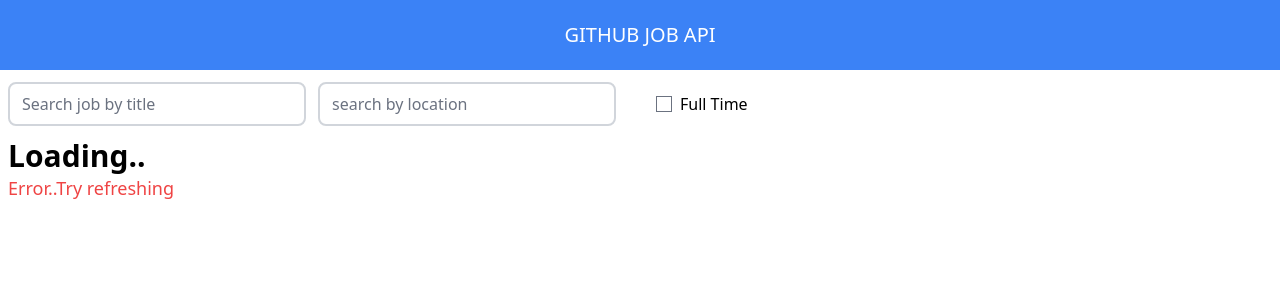
Repository: ShamroOoz/Github-job-api-React-Tailwind
Page: /
The author's editor kept a copy of each file at every save. The page is drawn from the files as they stood at one save, then again after the next save.
The browser window is 1280 px wide. The pictures show the whole page.
The page's requests for data from a server got no answer. The project was rebuilt for these pictures with package versions that can differ from the ones it lists, and the page was loaded fresh each time. No one was signed in, and anything a server would have sent is missing. Also part of the build but not shown: craco.config.js.

Above is the page before, as saved 2021-03-21 16:41:21.

### src/index.css
@tailwind base;
@tailwind components;
@tailwind utilities;

.text-style {
  @apply w-3/5 outline-none border-0 focus:ring-2 ring-indigo-600 border-2 border-gray-300 rounded-lg placeholder-gray-500 placeholder-opacity-100;
}

### src/App.js
import { useState } from "react";
import { useFetch } from "./components/Hooks/useFetch";
import NavBar from "./components/NavBar";
import SearchForm from "./components/SearchForm";

function App() {
  const [params, setparam] = useState({});
  const [page, setpage] = useState(1);
  const { jobs, loading, error } = useFetch(params, page);

  const handleparamchange = (e) => {
    setpage(1);
    let param = e.target.name;
    let value = e.target.value;
    setparam((prevparams) => {
      return { ...prevparams, [param]: value };
    });
  };

  return (
    <>
      <NavBar />
      <div>
        <SearchForm handleparamchange={handleparamchange} params={params} />
      </div>
      <div className="px-2">
        {loading && <div className="text-3xl font-bold">Loading..</div>}
        {error && (
          <div className="text-lg text-red-500">Error..Try refreshing</div>
        )}
        <div>
          {jobs &&
            jobs.map((job) => (
              <li className="leading-7 text-xl" key={job.id}>
                {job.title}
              </li>
            ))}
        </div>
      </div>
    </>
  );
}

export default App;

### src/components/Hooks/useFetch.js
import { useReducer, useEffect } from "react";
import axios from "axios";
import { reducer, ACTIONS } from "../Reducer/Reduce";

//
const { MAKE_REQUEST, GET_DATA, ERROR } = ACTIONS;
const BASE_URL =
  "https://secret-ocean-49799.herokuapp.com/https://jobs.github.com/positions.json";

const initialState = {
  jobs: [],
  loading: false,
  error: false,
};

export const useFetch = (params, page) => {
  const [state, dispatch] = useReducer(reducer, initialState);

  //useeffect hook to get data

  useEffect(() => {
    const cancelToken = axios.CancelToken.source();
    dispatch({ type: MAKE_REQUEST, payload: "" });
    axios
      .get(BASE_URL, {
        cancelToken: cancelToken.token,
        params: {
          markdown: true,
          page: page,
          ...params,
        },
      })
      .then((res) => {
        dispatch({ type: GET_DATA, payload: res.data });
        console.log(res.data);
      })
      .catch((err) => {
        if (axios.isCancel(err)) return;
        dispatch({ type: ERROR, payload: err });
      });
    //clean up
    return () => {
      cancelToken.cancel();
    };
  }, [page, params]);

  return state;
};

### src/components/NavBar.js
import React from "react";

const NavBar = () => {
  return (
    <nav className="relative flex flex-wrap items-center justify-center px-2 py-3 navbar-expand-lg bg-blue-500 ">
      <h2 className=" inline-block py-2 whitespace-no-wrap uppercase text-xl font-normal leading-normal  text-white">
        Github Job Api
      </h2>
    </nav>
  );
};

export default NavBar;

### src/components/SearchForm.js
import React from "react";

const SearchForm = ({ handleparamchange, params }) => {
  return (
    <form>
      <div className="grid grid-cols-2 gap-x-8">
        <div className="py-3 px-2 flex space-x-3 ">
          <input
            className="text-style"
            type="text"
            placeholder={`Search job by title `}
            name="description"
            value={params.description || ""}
            onChange={handleparamchange}
          />
          <input
            className="text-style"
            type="text"
            placeholder={`search by location`}
            name="location"
            value={params.location || ""}
            onChange={handleparamchange}
          />
        </div>
        <div className="flex">
          <label className="flex items-center">
            <input
              type="checkbox"
              value={params.full_time || ""}
              onChange={handleparamchange}
            />
            <span className="ml-2">Full Time </span>
          </label>
        </div>
      </div>
    </form>
  );
};

export default SearchForm;

### src/components/Reducer/Reduce.js
export const ACTIONS = {
  MAKE_REQUEST: "MAKE_REQUEST",
  GET_DATA: "GET_DATA",
  ERROR: "ERROR",
};

export const reducer = (state, action) => {
  switch (action.type) {
    case ACTIONS.MAKE_REQUEST:
      return { ...state, loading: true };
    case ACTIONS.GET_DATA:
      return {
        ...state,
        loading: false,
        jobs: action.payload,
      };
    case ACTIONS.ERROR:
      return { ...state, error: true };
    default:
      return state;
  }
};

Loaded but not shown: public/index.html (common file); src/index.js (common file); tailwind.config.js (common file)

After the next save:
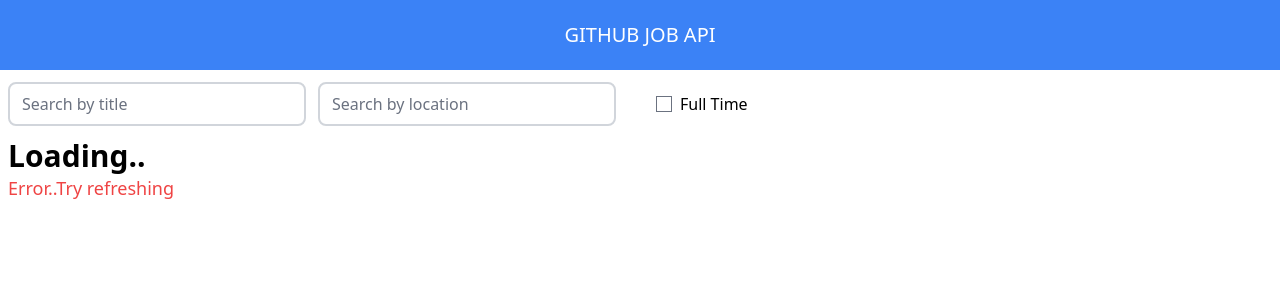
Saved 12 s later.
--- a/src/components/SearchForm.js
+++ b/src/components/SearchForm.js
@@ -8,7 +8,7 @@
           <input
             className="text-style"
             type="text"
-            placeholder={`Search job by title `}
+            placeholder={`Search by title `}
             name="description"
             value={params.description || ""}
             onChange={handleparamchange}
@@ -16,7 +16,7 @@
           <input
             className="text-style"
             type="text"
-            placeholder={`search by location`}
+            placeholder={`Search by location`}
             name="location"
             value={params.location || ""}
             onChange={handleparamchange}
